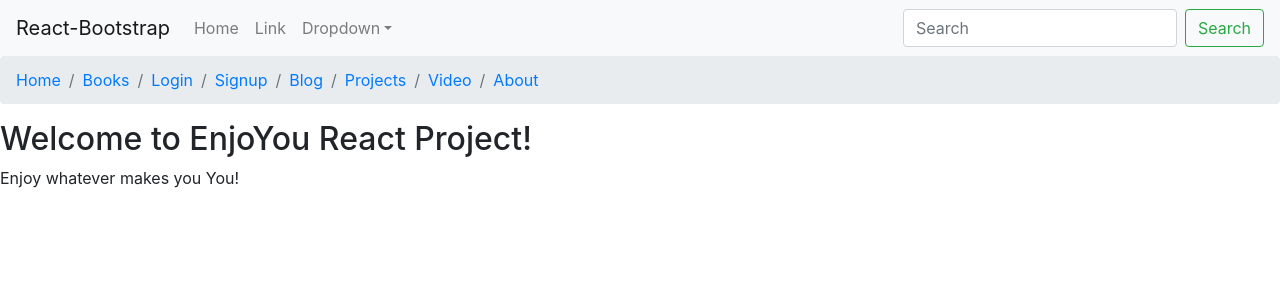
Repository: ebo-arcadia/enjoyou
Page: /home
An editor plug-in stored every save of this project. The page is shown before and after the next save, followed by the edit.
The browser window is 1280 px wide. The pictures show the whole page.
The project was rebuilt for these pictures with package versions that can differ from the ones it lists, and the page was loaded fresh each time. Also part of the build but not shown: src/components/BooksList.js, src/containers/Login.js, src/containers/signup.js, src/containers/blog.js, src/containers/Projects.js, src/containers/video.js, src/components/About.js.

Above is the page before, as saved 2021-04-20 16:50:20.

After the next save:
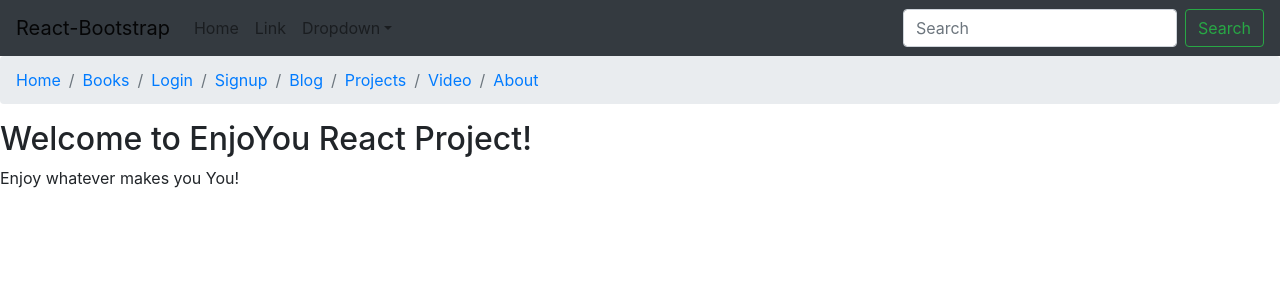
Saved 2 min 35 s later.
--- a/src/components/NavigationBar.js
+++ b/src/components/NavigationBar.js
@@ -3,7 +3,7 @@ import { Navbar, Nav, NavDropdown, Form, FormControl, Button } from 'react-boots
 
 const NavigationBar = () => {
     return (
-        <Navbar bg="light" expand="lg">
+        <Navbar bg="dark" expand="lg">
         <Navbar.Brand href="#home">React-Bootstrap</Navbar.Brand>
         <Navbar.Toggle aria-controls="basic-navbar-nav" />
         <Navbar.Collapse id="basic-navbar-nav">
